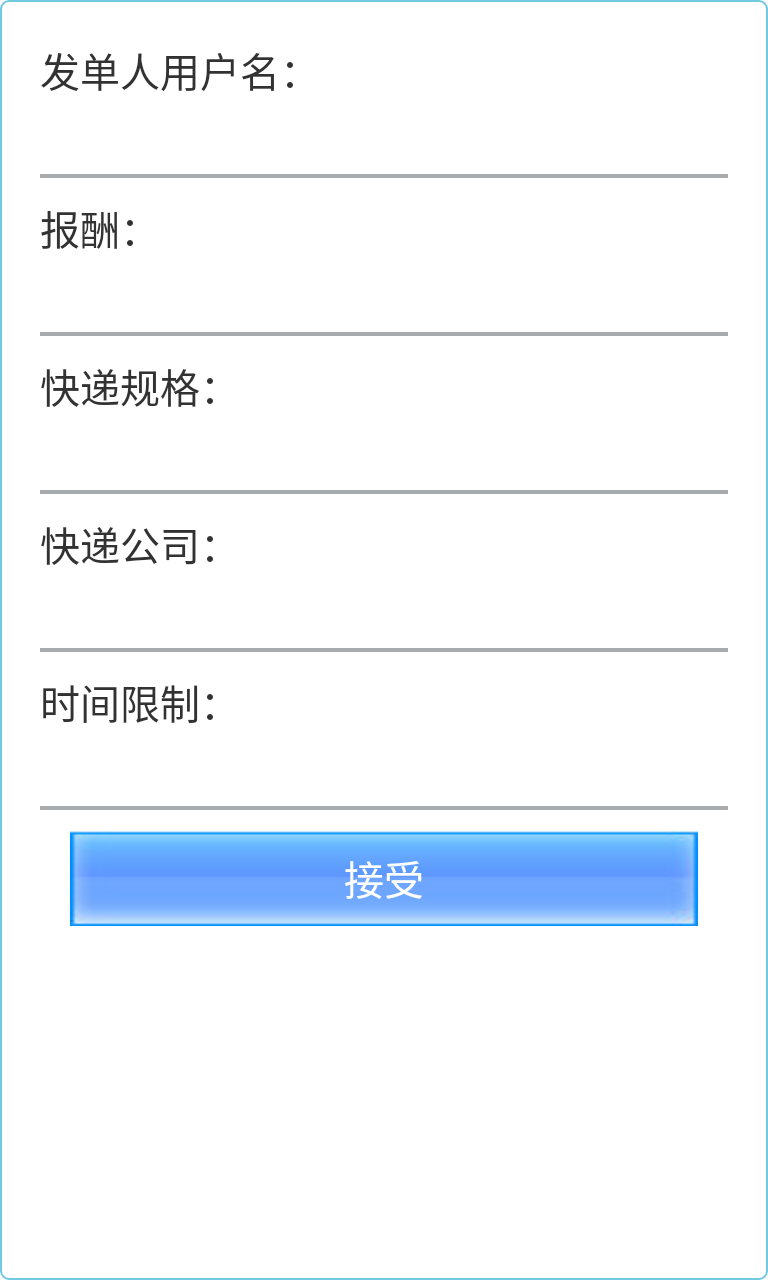
Repository: fariashen/campus-express
Layout: easyCourier/res/layout/activity_requestdetail.xml
An editor plug-in stored every save of this project. The layout is shown before and after the next save, followed by the edit.
It is drawn on a 768 x 1280 px phone screen (xhdpi) without system bars, with theme AppTheme; the app's code is not run.

Above is the layout before, as saved 2016-04-26 13:04:12.

After the next save:
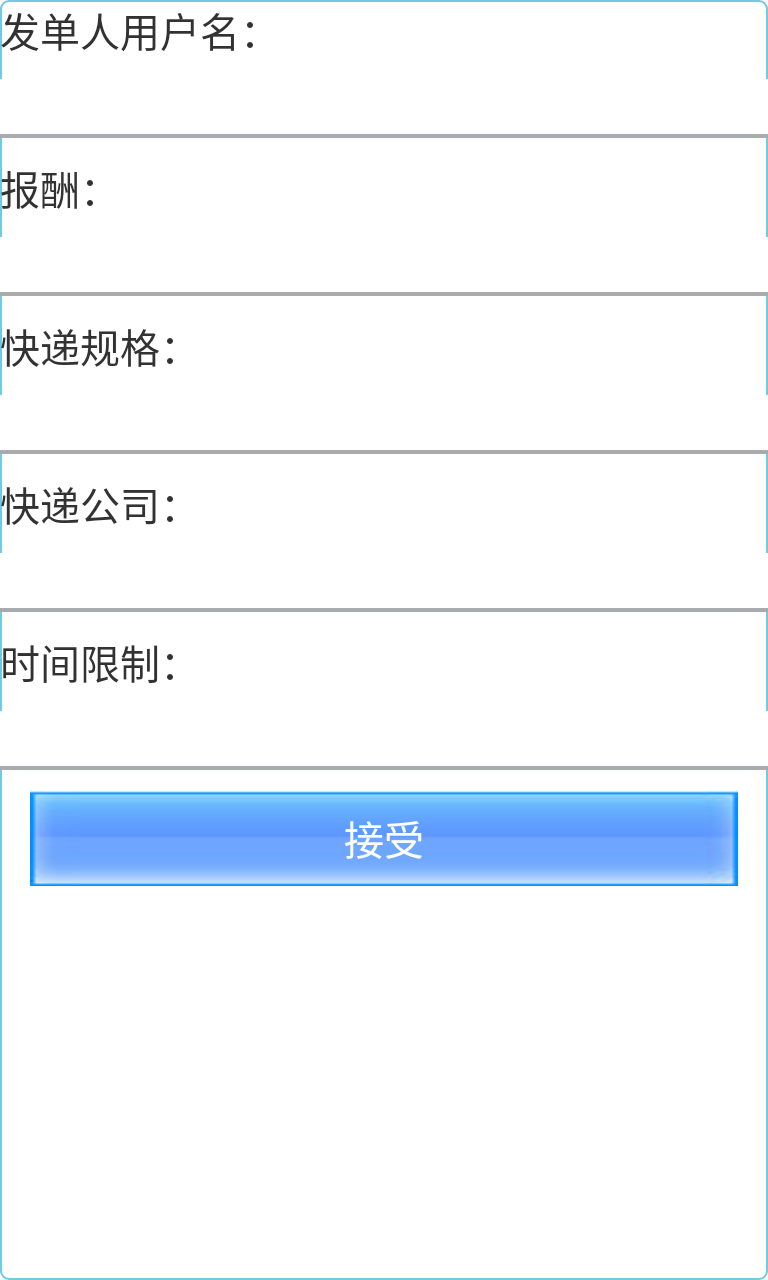
Saved 2 min 16 s later.
--- a/easyCourier/res/layout/activity_requestdetail.xml
+++ b/easyCourier/res/layout/activity_requestdetail.xml
@@ -16,7 +16,6 @@
         <LinearLayout
             android:layout_width="match_parent"
             android:layout_height="match_parent"
-            android:layout_margin="20dp"
             android:gravity="center"
             android:orientation="vertical" >
 

After the save that followed:
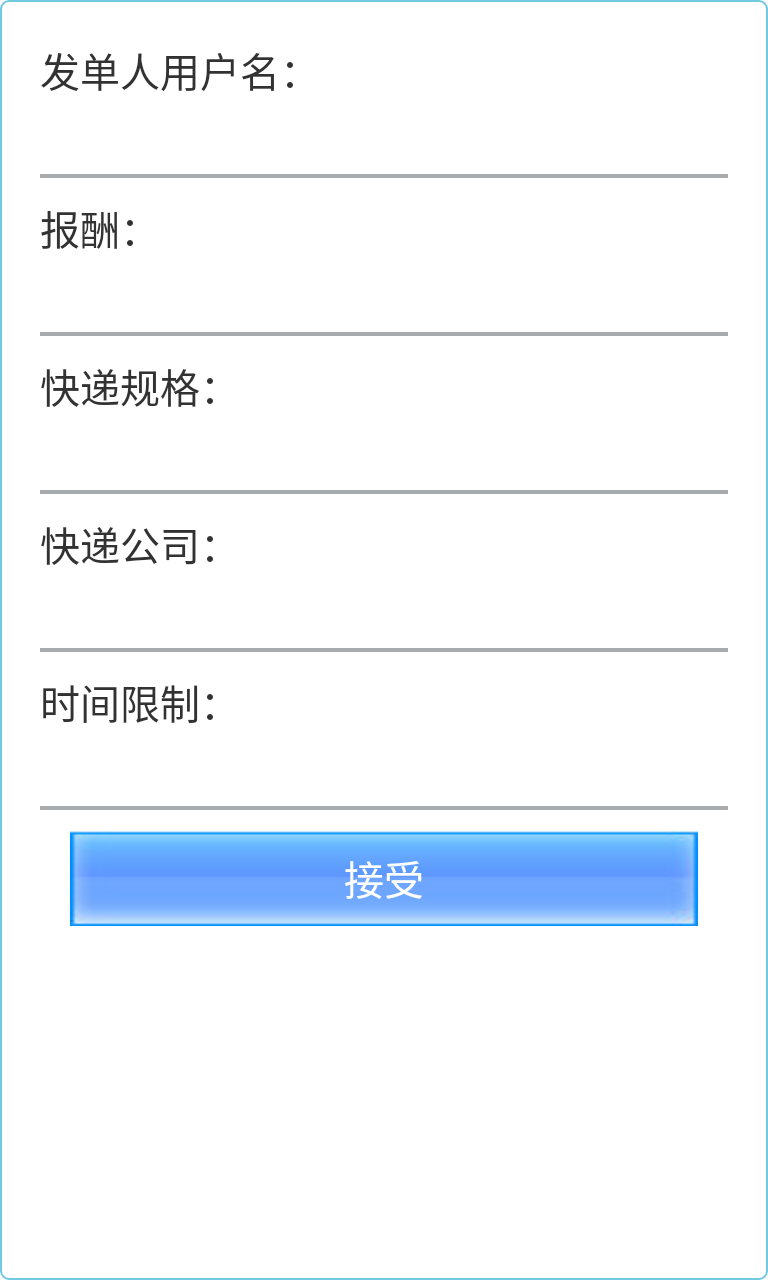
Saved 55 s later.
--- a/easyCourier/res/layout/activity_requestdetail.xml
+++ b/easyCourier/res/layout/activity_requestdetail.xml
@@ -16,6 +16,7 @@
         <LinearLayout
             android:layout_width="match_parent"
             android:layout_height="match_parent"
+            android:layout_margin="20dp"
             android:gravity="center"
             android:orientation="vertical" >
 
